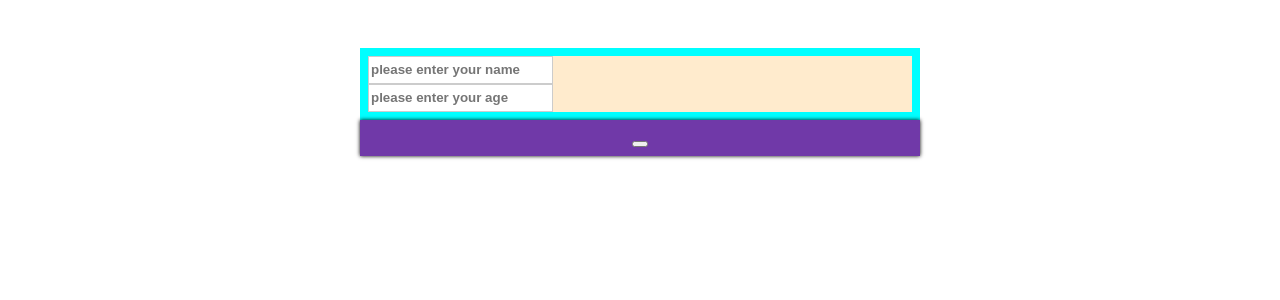
Repository: NamalPathirana/section-eight
Page: /
The author's editor kept a copy of each file at every save. The page is drawn from the files as they stood at one save, then again after a run of saves.
The browser window is 1280 px wide. The pictures show the whole page.
The project was rebuilt for these pictures with package versions that can differ from the ones it lists, and the page was loaded fresh each time.

Above is the page before, as saved 2021-11-25 21:45:22.

### src/App.js
import logo from './logo.svg';
import './App.css';
import UserInput from './Components/UserInput/UserInput';

function App() {
  return (
    <div className="App">
      <section>
      <UserInput></UserInput>
      </section>
    </div>
  );
}

export default App;

### src/App.css
.App {
  text-align: center;
  display: flex;
  flex-direction: column;
  width: 35rem;
  max-width: 90%;
  margin: 3rem auto;
  background-color: aqua;
}

### src/Components/UserInput/UserInput.js
import Button from '../../UI/Button/Button';
import styles from './UserInput.module.css'

const UserInput = () => {
    return (
        <form>
        <div className={styles.frame}>
            <input placeholder='please enter your name'/>
            <input placeholder='please enter your age'/>
        </div>
        <Button name='Add User'></Button>
        </form>
    );
};

export default UserInput;

### src/UI/Button/Button.js
import styles from './Button.module.css'

const Button = (props) => {

    return(
        <div className={styles.button} >
            <button value={props.name}/>
        </div>
    )
}

export default Button;

### src/Components/UserInput/UserInput.module.css
.frame{
    margin: 0.5rem 0.5rem;
    background-color: blanchedalmond;
}

.frame input{
    display: block;
    font-weight: bold;
    border: 1px solid #ccc;
    line-height: 1.5rem;
    padding: 100 0.25rm;
}

### src/UI/Button/Button.module.css
.button{
    font: inherit;
    padding: 0.5rem 1.5rem;
    background-color: rgb(112, 57, 168);
    color:white;
    box-shadow: 0 0 4px black;
    cursor: pointer;
}

.button:focus{
    outline: none;
}

.button:hover,.button:active{
    background-color: rgb(185, 140, 231);
    border-color: rgb(185, 140, 231);
    box-shadow: 0 0 8px black;
}

Loaded but not shown: public/index.html (common file); src/index.js (common file); src/index.css (common file); src/reportWebVitals.js (common file)

After the next 2 saves:
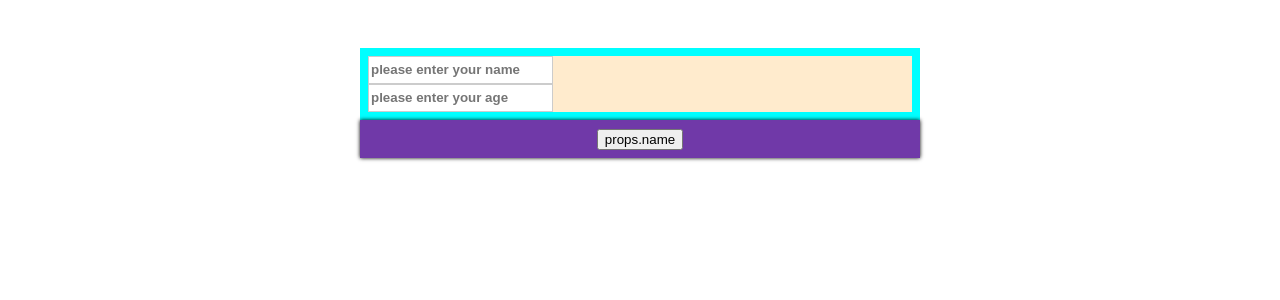
The 2 saves are shown as one change because they came seconds apart.
The last was saved 50 s later.
--- a/src/UI/Button/Button.js
+++ b/src/UI/Button/Button.js
@@ -4,7 +4,7 @@ const Button = (props) => {
 
     return(
         <div className={styles.button} >
-            <button value={props.name}/>
+            <button >props.name</button>
         </div>
     )
 }
